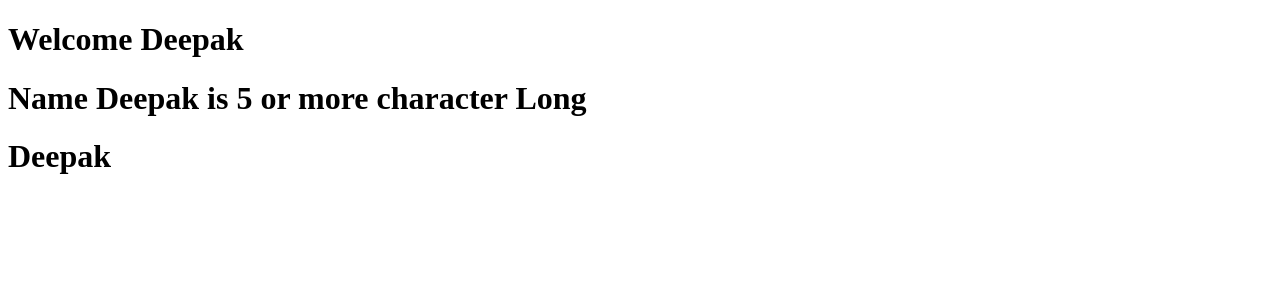
Repository: bhatideepak599/JspServlets
Page: http://localhost/05-java-jstl-tag-demo/jstl-tags-demo.jsp
An editor plug-in stored every save of this project. The page is shown before and after the next save, followed by the edit.
The browser window is 1280 px wide. The pictures show the whole page.
The page is served by Tomcat 9.

Above is the page before, as saved 2024-07-15 10:16:04.

After the next save:
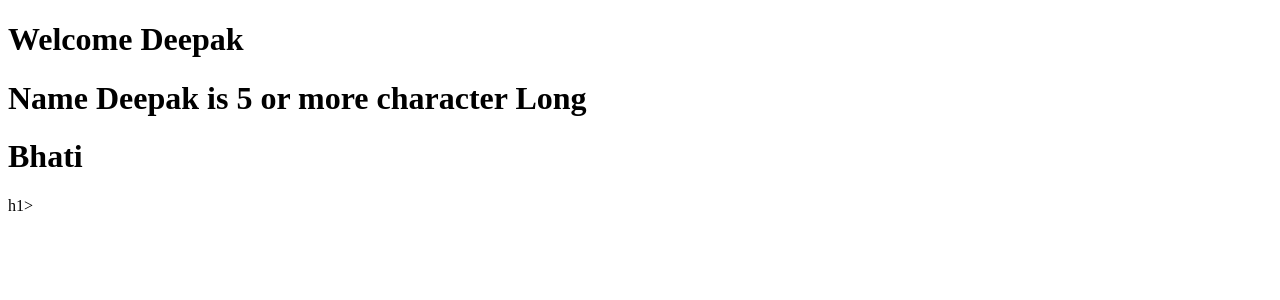
Saved 16 s later.
--- a/05-java-jstl-tag-demo/WebContent/jstl-tags-demo.jsp
+++ b/05-java-jstl-tag-demo/WebContent/jstl-tags-demo.jsp
@@ -20,7 +20,7 @@
 	</c:if>
 
 	<c:choose>
-		<c:when test="${name.length()>3 }">
+		<c:when test="${name.length()>13 }">
 			<h1>Deepak</h1>
 		</c:when>
 		<c:when test="${name.length()>5 }">
